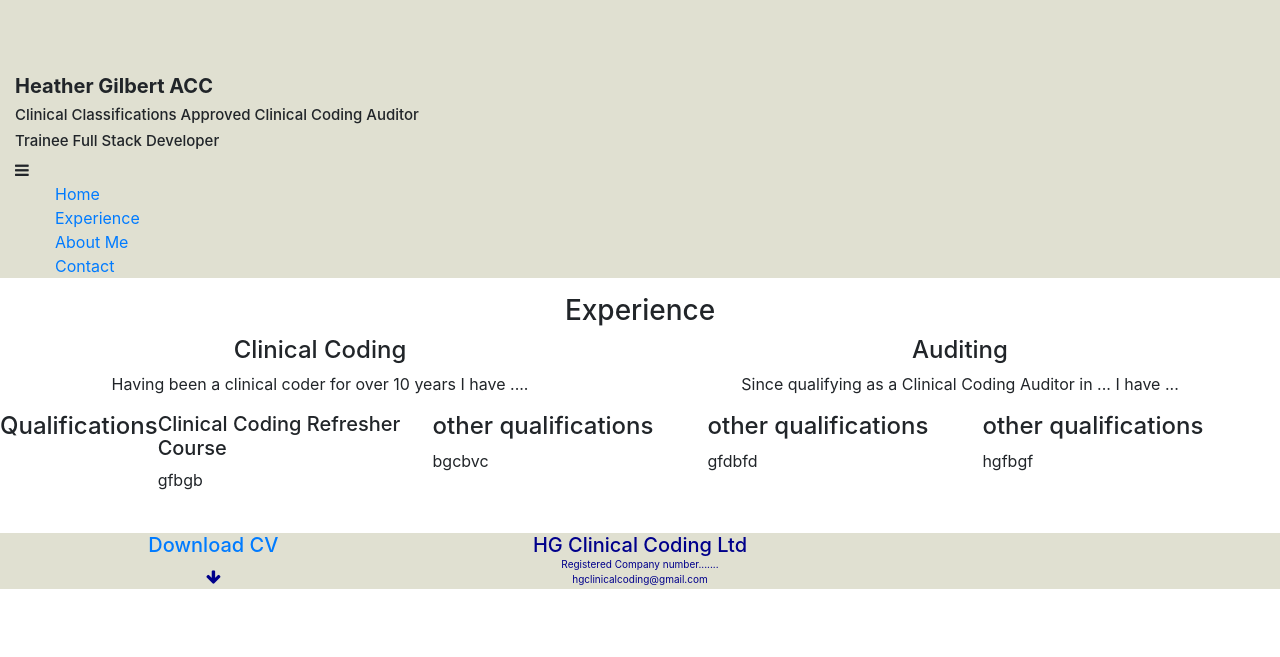
Repository: Code-Institute-Submissions/fsd-ms-project1-resume
Page: resume.html
The author's editor kept a record of every edit. The page is drawn from the files as they stood at one moment, then again after the next edit.
The browser window is 1280 px wide. The pictures show the whole page.

Above is the page before.

After the next edit:
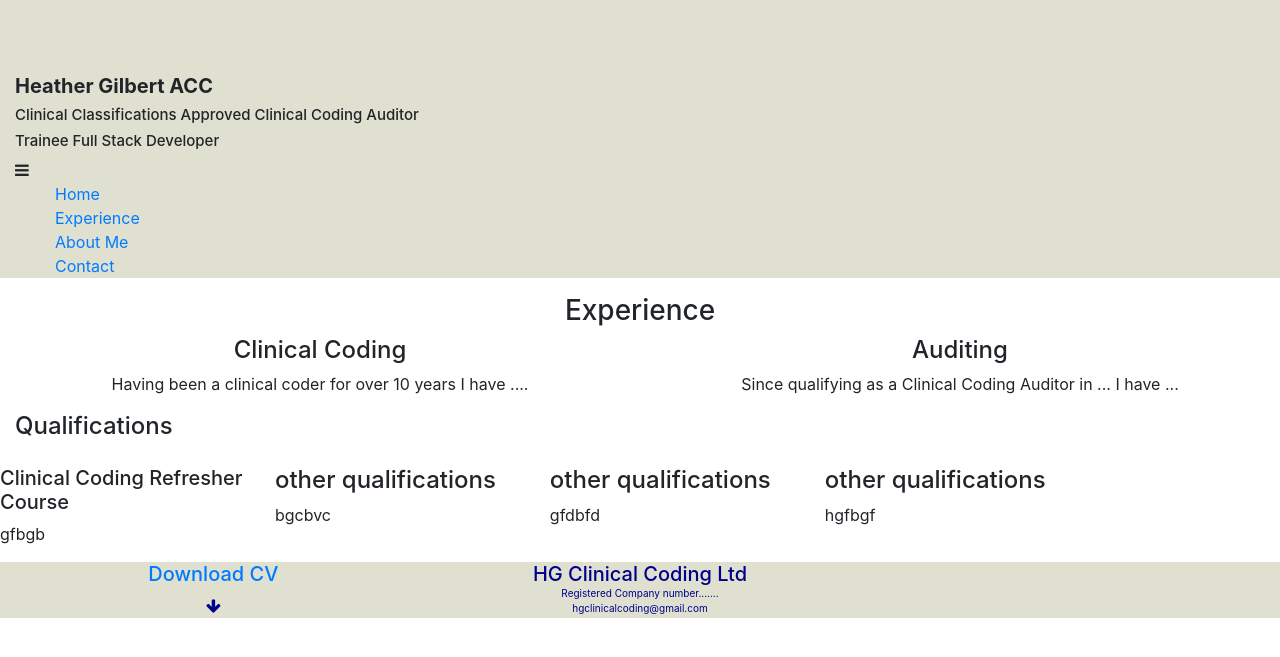
The edit:
--- a/resume.html
+++ b/resume.html
@@ -57,8 +57,8 @@
                 </p>
             </div>
         </div>
-        <div class="row qualifications">
-            <h4>Qualifications</h4>
+        <div class="row">
+            <h4 class="qualifications col-12">Qualifications</h4>
             <div class="row">
                 <div class="timeline col-sm-3" data-dates="2019">
                     <h5>Clinical Coding Refresher Course</h5>
